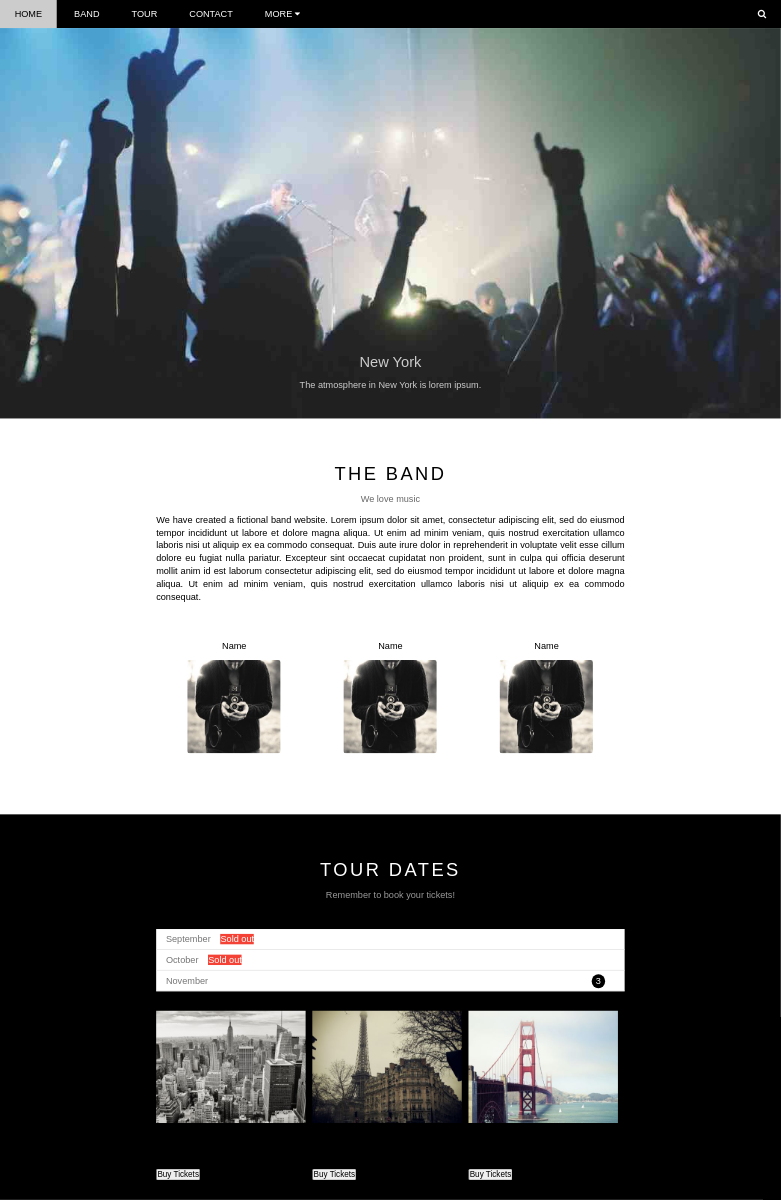
Repository: nguyenhoang2002062929/band
Page: index.html
An editor plug-in stored every save of this project. The page is shown before and after the next save, followed by the edit.
The browser window is 1280 px wide. The pictures show the whole page, at 61% of full size.

Above is the page before, as saved 2023-06-05 15:19:39.

After the next save:
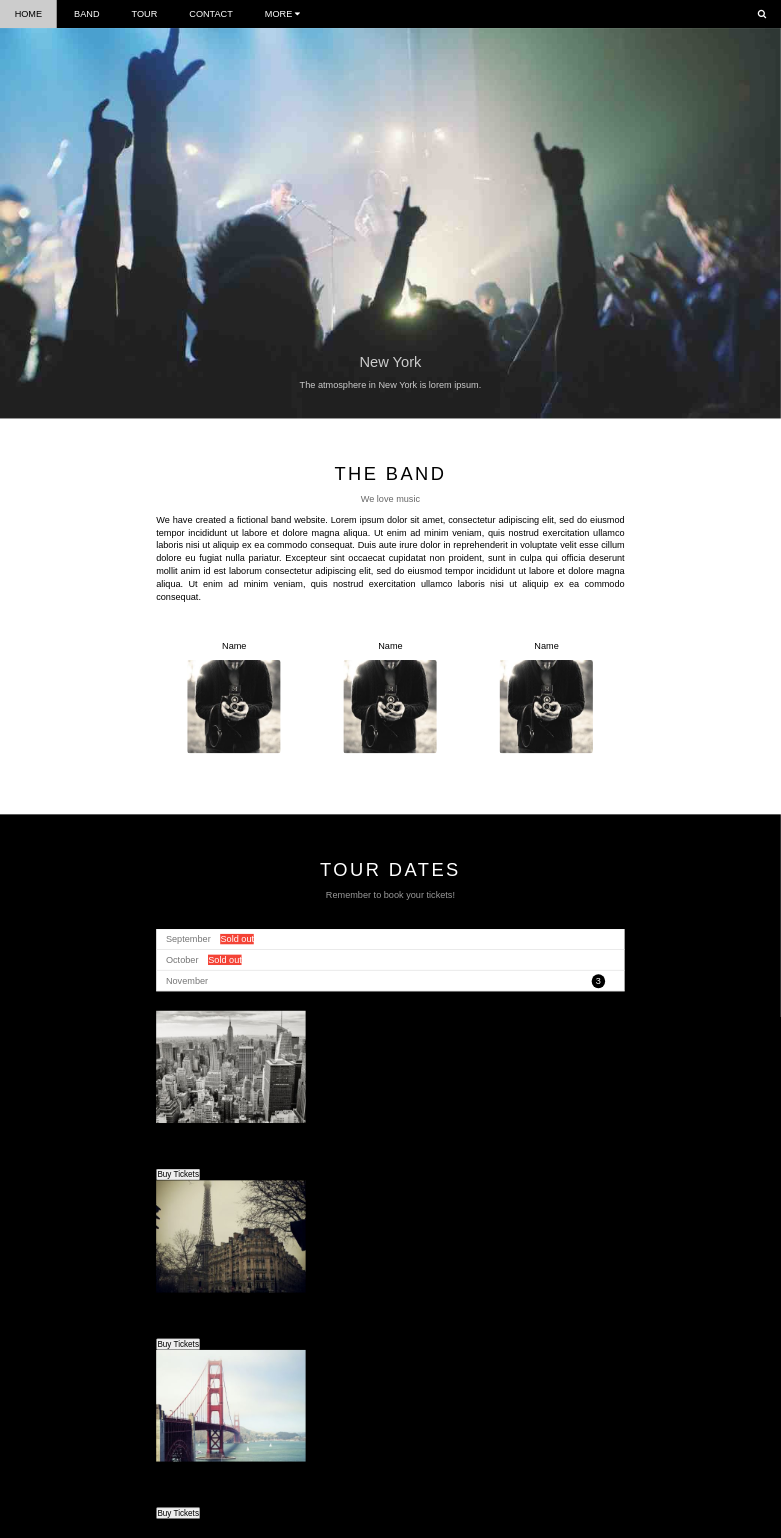
Saved 59 s later.
--- a/assets/css/style.css
+++ b/assets/css/style.css
@@ -184,7 +184,8 @@
 .tour-places{
     display: flex;
     padding: 32px 0px;
-
+    display: block;
+    margin: 0 auto;
 }
 .tour-places .places{
     width: 33.3333%;
@@ -194,5 +195,4 @@
 }
 .places img{
     width: 245px;
-    text-align: center;
 }

After the save that followed:
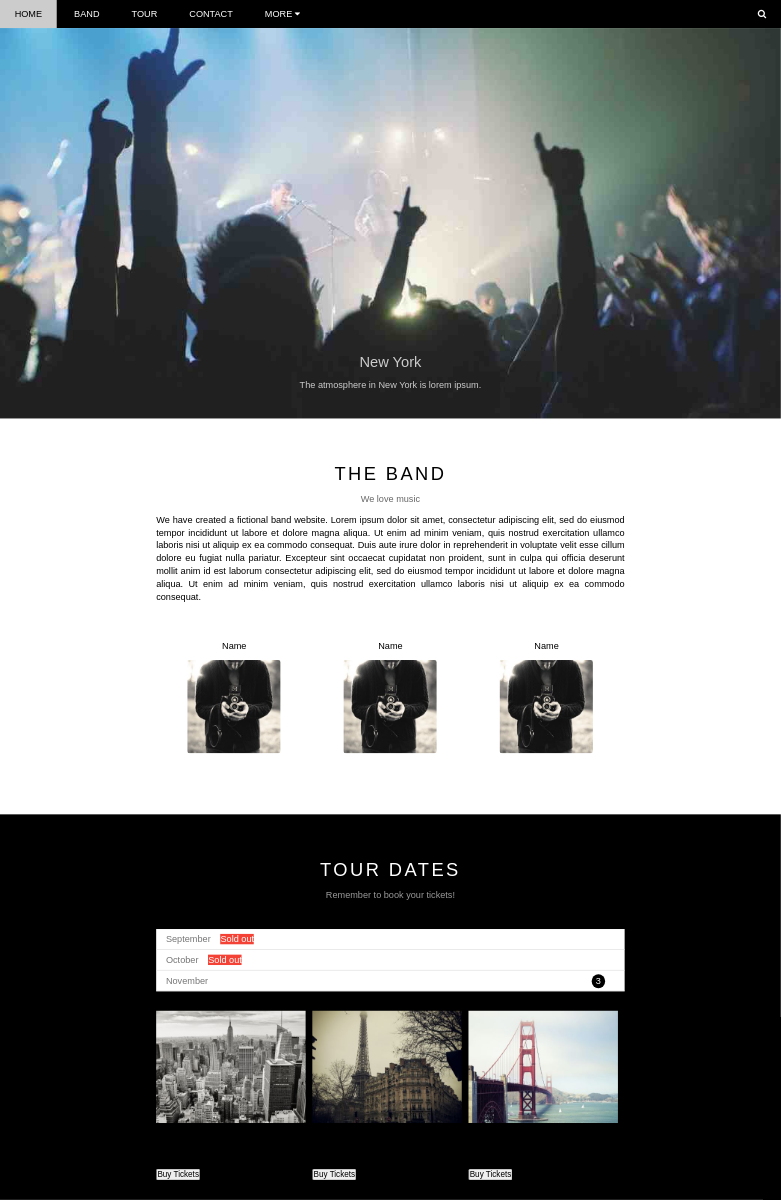
Saved 13 s later.
--- a/assets/css/style.css
+++ b/assets/css/style.css
@@ -184,8 +184,7 @@
 .tour-places{
     display: flex;
     padding: 32px 0px;
-    display: block;
-    margin: 0 auto;
+    margin: auto;
 }
 .tour-places .places{
     width: 33.3333%;
